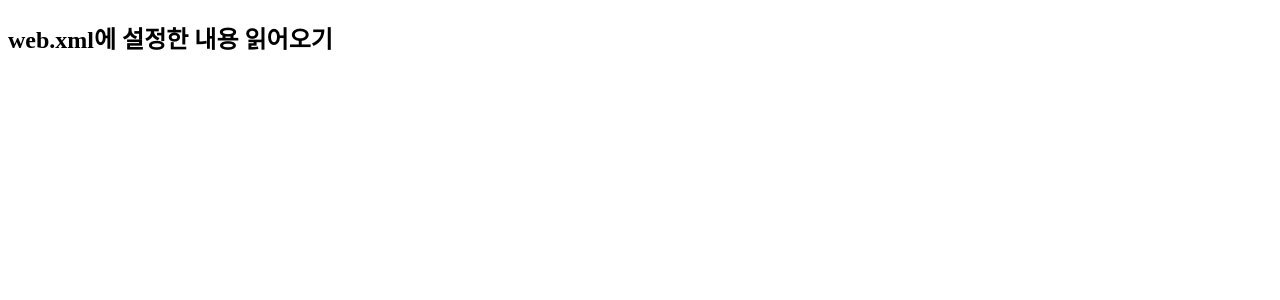
Repository: bhj305/JSP_Servlet
Page: http://localhost/MustHaveJSP/02ImplicitObject/ApplicationMain.jsp
An editor plug-in stored every save of this project. The page is shown before and after the next save, followed by the edit.
The browser window is 1280 px wide. The pictures show the whole page.
The page is served by Tomcat 10.

Above is the page before, as saved 2025-05-07 01:02:13.

After the next save:
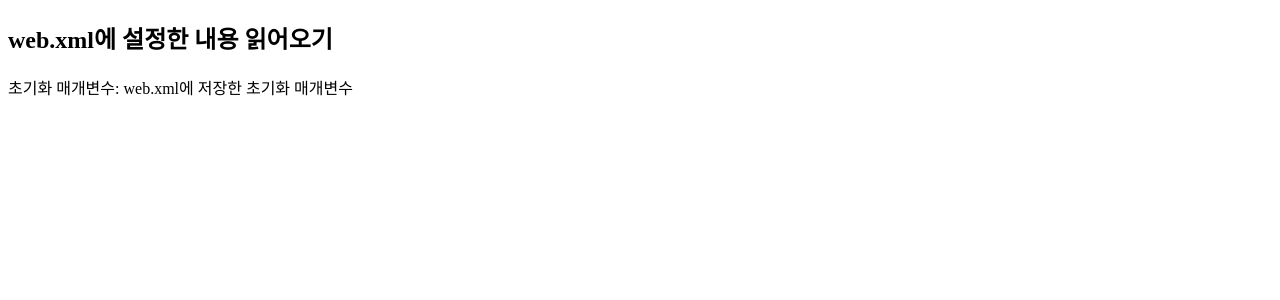
Saved 45 s later.
--- a/MustHaveJSP/src/main/webapp/02ImplicitObject/ApplicationMain.jsp
+++ b/MustHaveJSP/src/main/webapp/02ImplicitObject/ApplicationMain.jsp
@@ -8,5 +8,6 @@
 	</head>
 	<body>
 		<h2>web.xml에 설정한 내용 읽어오기</h2>
+		초기화 매개변수: <%= application.getInitParameter("INIT_PARAM") %>
 	</body>
 </html>
